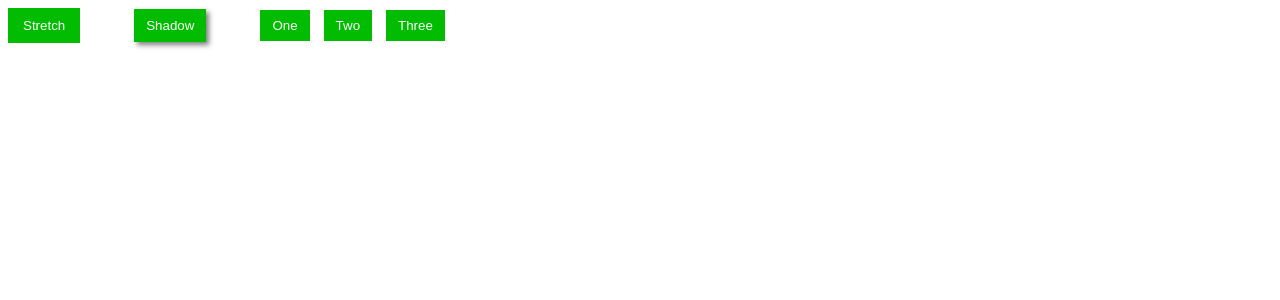
Repository: Kurumilli/Youtube
Page: 4i.html
These files come from the project's save history. The page is drawn as it stood at one moment and after the next save; the edit follows.
The browser window is 1280 px wide. The pictures show the whole page.

Above is the page before, as saved 2025-01-29 20:19:27.

After the next save:
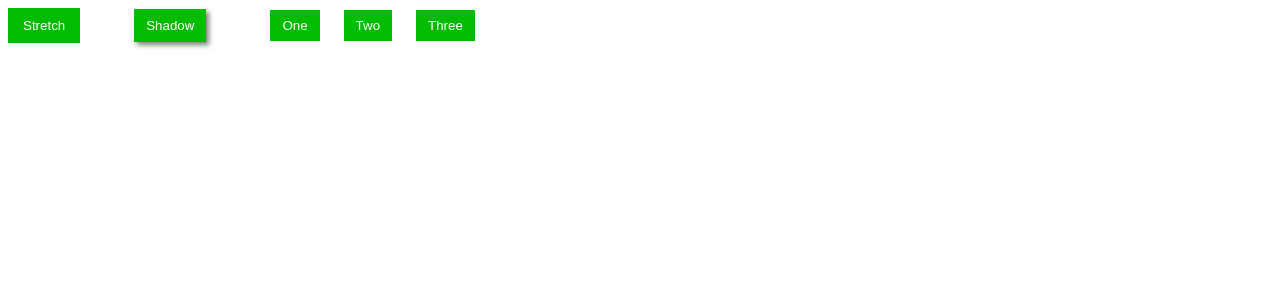
Saved 57 s later.
--- a/4i.html
+++ b/4i.html
@@ -47,6 +47,7 @@ box-shadow: 3px 3px 5px rgba(0,0,0,0.5);
     background-color: rgb(2, 188, 2);
     color: white;
     margin-right: 10px;
+    margin-left: 10px;
     padding-top: 8px;
     padding-bottom: 8px;
     padding-left: 12px;
@@ -56,8 +57,7 @@ box-shadow: 3px 3px 5px rgba(0,0,0,0.5);
 }
 
 .stretch-button:hover{
-    margin-left: 10px;
-    margin-right: 10px;
+
     padding-left:16px;
     padding-right :16px;
 
